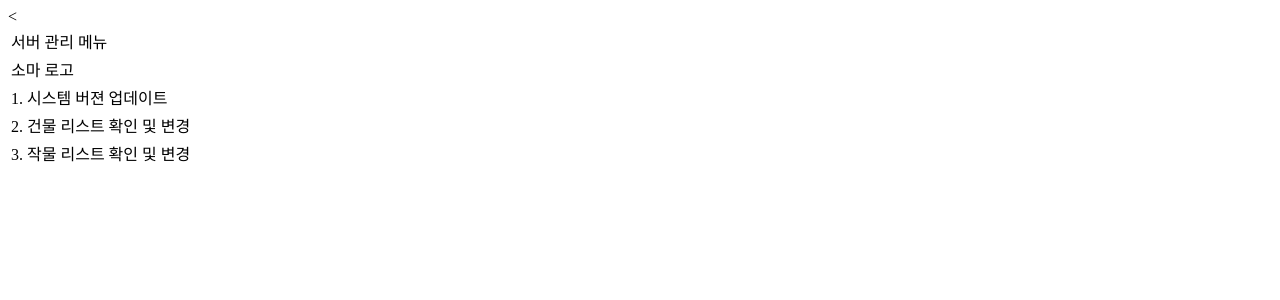
Repository: swmaestro/MobileSNG
Page: Programming/server/SNGTestModule/war/ServerControlPage/ServerMenuList.html
These files come from the project's save history. The page is drawn as it stood at one moment and after the next save; the edit follows.
The browser window is 1280 px wide. The pictures show the whole page.

Above is the page before, as saved 2012-09-03 19:49:56.

### Programming/server/SNGTestModule/war/ServerControlPage/ServerMenuList.html
<!DOCTYPE HTML PUBLIC "-//W3C//DTD HTML 4.01 Transitional//EN">
<!-- The HTML 4.01 Transitional DOCTYPE declaration-->
<!-- above set at the top of the file will set     -->
<!-- the browser's rendering engine into           -->
<!-- "Quirks Mode". Replacing this declaration     -->
<!-- with a "Standards Mode" doctype is supported, -->
<!-- but may lead to some differences in layout.   -->

<html>
  <head>
    <meta http-equiv="content-type" content="text/html; charset=UTF-8">
    <title>서버 메뉴</title>
  </head>
  <body>
   <table>
   		<tr>
   			<td>서버 관리 메뉴</td>
   		</tr>
   		<tr>
   			<td>소마 로고</td>
   		</tr>
   		<tr>
   			<td>1. 시스템 버젼 업데이트</td>
   		</tr>
   		<tr>
   			<td>2. 건물 리스트 확인 및 변경</td>
   		</tr>
   		<tr>
   			<td>3. 작물 리스트 확인 및 변경</td>
   		</tr>
   		<
   </table>

  </body>
</html>

After the next save:
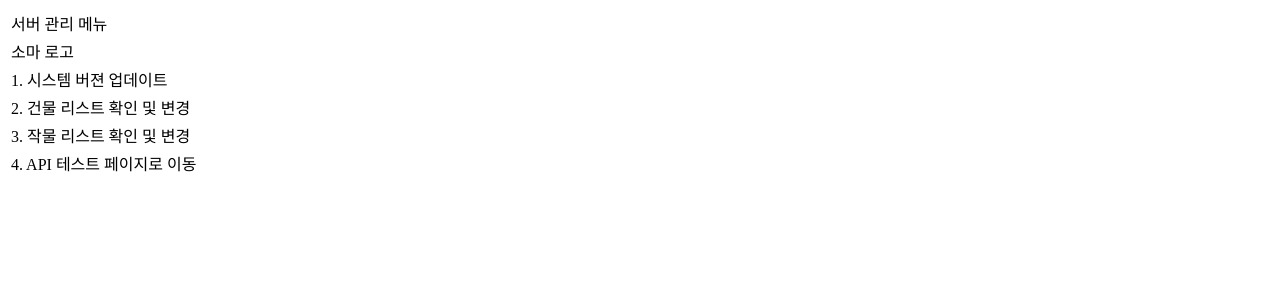
Saved 50 s later.
--- a/Programming/server/SNGTestModule/war/ServerControlPage/ServerMenuList.html
+++ b/Programming/server/SNGTestModule/war/ServerControlPage/ServerMenuList.html
@@ -28,7 +28,9 @@
    		<tr>
    			<td>3. 작물 리스트 확인 및 변경</td>
    		</tr>
-   		<
+   		<tr>
+   			<td><a="../index.html">4. API 테스트 페이지로 이동</a> </td>
+   		</tr>
    </table>
 
   </body>
